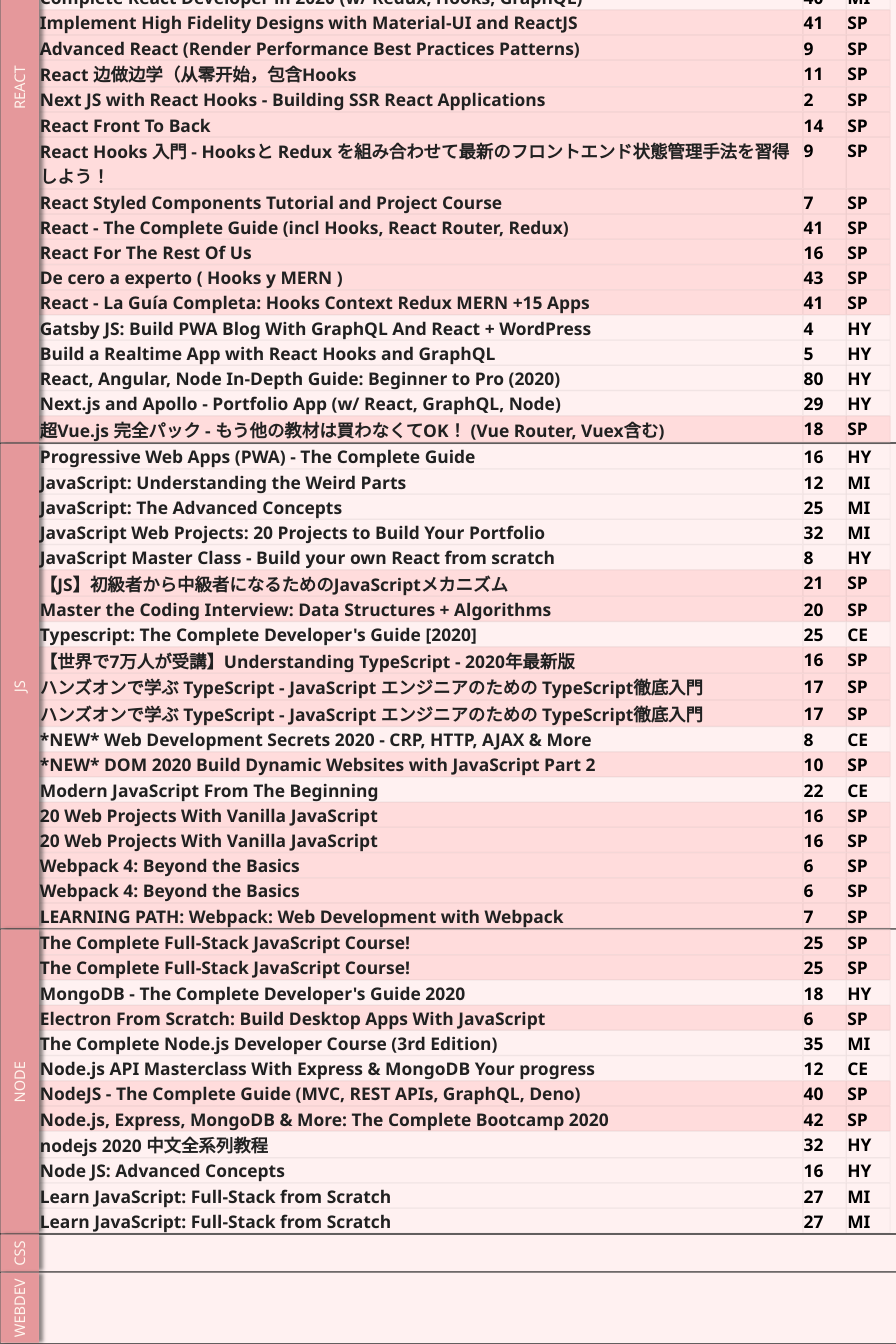
Repository: ClementLight/plan
Page: codicrs.html
These files come from the project's save history. The page is drawn as it stood at one moment and after the next save; the edit follows.
The browser window is 1280 px wide. The pictures show the part of the page from y = 647 to 2567 px (the page is 2567 px tall before and 2531 px after), at 70% of full size.

Above is the page before, as saved 2020-09-01 14:42:44.

After the next save:
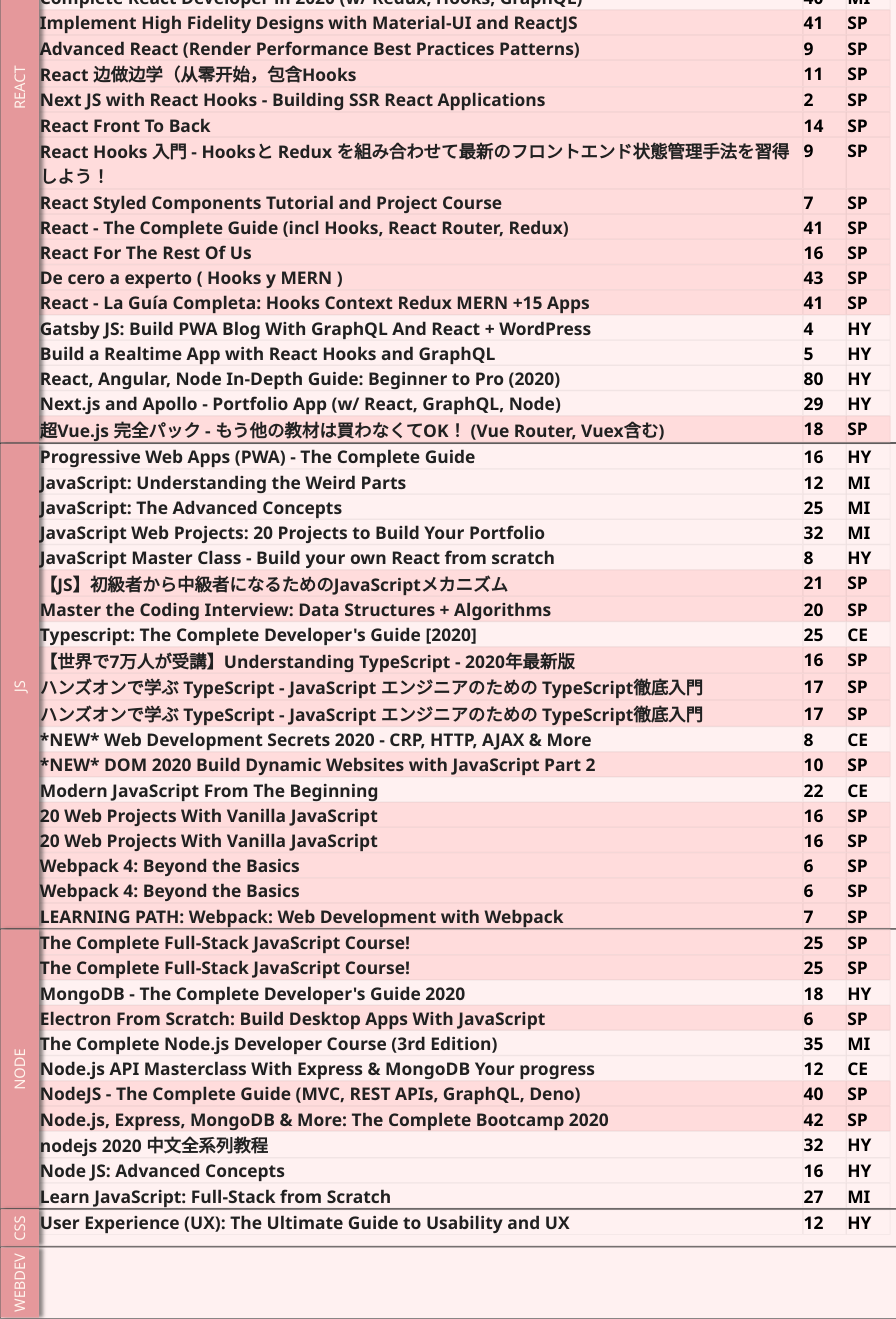
Saved 33 s later.
--- a/jsondata.js
+++ b/jsondata.js
@@ -551,11 +551,11 @@
   },
   {
     id: "57",
-    subject: "Node",
-    tags: "Node, React",
-    hours: 27,
-    account: "MI",
-    title: "Learn JavaScript: Full-Stack from Scratch",
+    subject: "Css",
+    tags: "Css, UX, UI",
+    hours: 12,
+    account: "HY",
+    title: "User Experience (UX): The Ultimate Guide to Usability and UX",
     url: "https://www.udemy.com/course/ultimate-guide-to-ux/learn/lecture/218133#overview",
   },
 ]
